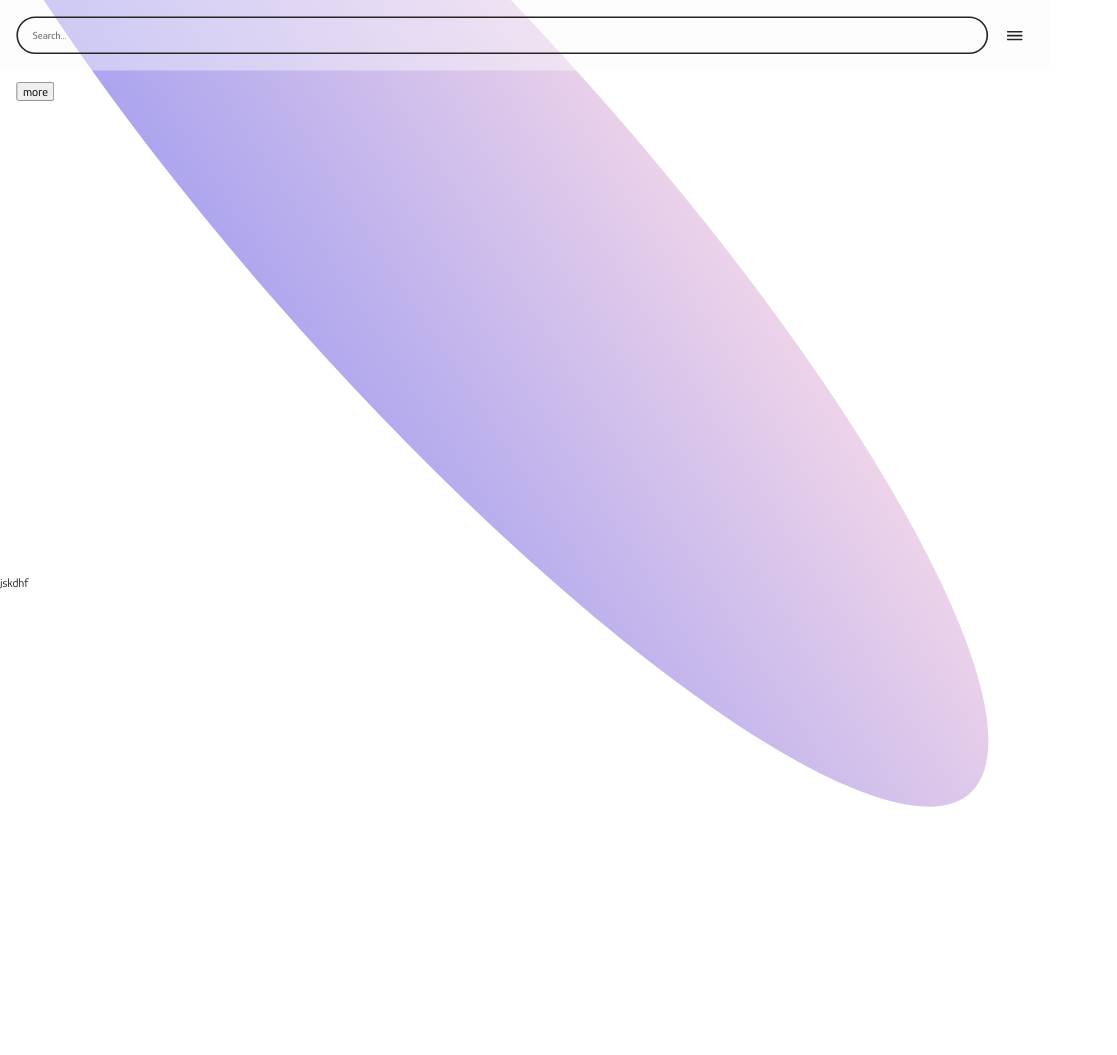
Repository: Axeliriya/my-test
Page: /
An editor plug-in stored every save of this project. The page is shown before and after the next save, followed by the edit.
The browser window is 1280 px wide. The page is 1362 px wide, then 1280 px, so the pictures cover 1362 px, including what lies to the right of the window. The pictures show the whole page, at 82% of full size.
The page's requests for data from a server got no answer. The project was rebuilt for these pictures with package versions that can differ from the ones it lists, and the page was loaded fresh each time. No one was signed in, and anything a server would have sent is missing. Also part of the build but not shown: src/components/ProductList/ProductList.tsx, src/components/ProductItem/ProductItem.tsx.

Above is the page before, as saved 2022-04-05 15:48:45.

### public/index.html
<!DOCTYPE html>
<html lang="en">
  <head>
    <meta charset="utf-8" />
    <link rel="icon" href="%PUBLIC_URL%/favicon.ico" />
    <meta name="viewport" content="width=device-width, initial-scale=1" />
    <meta name="theme-color" content="#9796F0" />
    <title>React App</title>
  </head>
  <body>
    <div id="root"></div>
  </body>
</html>

### src/index.tsx
import { createRoot } from 'react-dom/client';
import { App } from './components';
import './assets/styles/main.scss';

const root = createRoot(document.getElementById('root') as HTMLDivElement);
root.render(<App />);

### src/components/index.ts
export * from './App/App';
export * from './Layout/Layout';
export * from './Header/Header';
export * from './Button/Button';
export * from './Input/Input';
export * from './ProductList/ProductList';
export * from './ProductItem/ProductItem';
export * from './Main/Main';

### src/assets/styles/main.scss
@import './base/normalize';
@import './base/fonts';
@import './utils/variables';
@import './utils/mixins';
@import './utils/placeholder';
@import './base/body';

### src/components/App/App.tsx
import { useEffect, useState } from 'react';
import { Layout, ProductList } from '..';
import { ProductModel } from '../../interfaces/product.interface';
import { getProducts } from '../../services/api-service';
import styles from './App.module.scss';
// import { AppProps } from './App.props';

export const App = (): JSX.Element => {
  return (
    <div className={styles.app}>
      <Layout />
    </div>
  );
};

### src/components/Layout/Layout.tsx
import { Header, Input, Main } from '..';
import styles from './Layout.module.scss';
import { LayoutProps } from './Layout.props';

export const Layout = ({ children }: LayoutProps): JSX.Element => {
  return (
    <div className={styles.layout}>
      <Header>
        <Input placeholder="Search..." />
      </Header>
      <Main />
      <footer className={styles.main}>jskdhf</footer>
    </div>
  );
};

### src/components/Header/Header.tsx
/* eslint-disable no-constant-condition */
import styles from './Header.module.scss';
import { HeaderProps } from './Header.props';
import { ReactComponent as Burger } from './burger.svg';
import { ReactComponent as Search } from './search.svg';
import { Button } from '..';

export const Header = ({ children, ...props }: HeaderProps): JSX.Element => {
  return (
    <header className={styles.header} {...props}>
      <div className={styles.wrapper}>
        {false ? (
          <>
            <a className={styles.logo} href="/">
              Сlothes
            </a>
            <Button>
              <Search />
            </Button>
          </>
        ) : (
          <div className={styles.input}>{children}</div>
        )}
      </div>
      <Button>
        <Burger />
      </Button>
    </header>
  );
};

### src/components/Button/Button.tsx
import styles from './Button.module.scss';
import { ButtonProps } from './Button.props';
import cn from 'classnames';

export const Button = ({
  appearance,
  children,
  className,
  ...props
}: ButtonProps) => {
  return (
    <button
      className={cn(styles.button, className, {
        [styles.primary]: appearance === 'primary',
        [styles.green]: appearance === 'green',
        [styles.ghost]: appearance === 'ghost',
      })}
      {...props}
    >
      {children}
    </button>
  );
};

### src/components/Input/Input.tsx
import styles from './Input.module.scss';
import { InputProps } from './Input.props';
import cn from 'classnames';

export const Input = ({ className, ...props }: InputProps): JSX.Element => {
  return <input className={cn(styles.input, className)} {...props} />;
};

### src/components/Main/Main.tsx
import { useEffect, useState } from 'react';
import { ProductList } from '..';
import { ProductModel } from '../../interfaces/product.interface';
import { getProducts } from '../../services/api-service';
import styles from './Main.module.scss';

export const Main = (): JSX.Element => {
  const [products, setProducts] = useState<ProductModel[]>();
  const [fullList, setFullist] = useState<ProductModel[]>();
  const [page, setPage] = useState<number>(1);

  useEffect(() => {
    const fetch = async () => {
      const { data } = await getProducts();
      setFullist(data?.data?.products);

      const productList = getListByPage(page, data?.data?.products);

      setProducts(productList);
    };
    fetch();
  }, [page]);

  function getListByPage(pageNumber: number, fullList: ProductModel[]) {
    if (pageNumber < 1) return [];

    const itemsPerPage = 10;
    const start = (pageNumber - 1) * itemsPerPage;
    const end = start + itemsPerPage;
    return fullList.slice(start, end);
  }

  const onClickPage = (nextPage: number) => {
    setPage((nextPage += 1));
    fullList && getListByPage(page, fullList);
  };
  return (
    <main className={styles.main}>
      {products && <ProductList products={products} />}
      {/* <ul>
    {products?.map(product => (
      <li key={product.name}>{product.name}</li>
    ))}
  </ul> */}
      <button onClick={() => onClickPage(page)}>more</button>
      <div className={styles.bg} />
    </main>
  );
};

### src/assets/styles/base/_fonts.scss
@font-face {
  font-family: 'Glory';
  font-style: normal;
  font-weight: 400;
  src: url('../../fonts/glory-regular.woff2') format('woff2'),
    url('../../fonts/glory-regular.ttf') format('ttf');
}

@font-face {
  font-family: 'Glory';
  font-style: normal;
  font-weight: 500;
  src: url('../../fonts/glory-medium.woff2') format('woff2'),
    url('../../fonts/glory-medium.ttf') format('ttf');
}

@font-face {
  font-family: 'Glory';
  font-style: normal;
  font-weight: 600;
  src: url('../../fonts/glory-semibold.woff2') format('woff2'),
    url('../../fonts/glory-semibold.ttf') format('ttf');
}

@font-face {
  font-family: 'Glory';
  font-style: normal;
  font-weight: 700;
  src: url('../../fonts/glory-bold.woff2') format('woff2'),
    url('../../fonts/glory-bold.ttf') format('ttf');
}

### src/assets/styles/utils/_variables.scss
$primary-color: #ffffff;
$primary-text-color: #272525;
$alternate-bg-color: #eef1f6;
$secondery-text-color: #454747;
$secondery-color: #3c336c;
$accent-color: #309f85;
$light-color: #c4c4c4;
$main-gradient: linear-gradient(38.95deg, #9796f0 -10.38%, #ffe0e8 107.56%);

$cubic: 250ms cubic-bezier(0.4, 0, 0.2, 1);

$font: Glory, sans-serif;

### src/assets/styles/utils/_mixins.scss
@mixin font($weight, $size, $line-height: 1.3, $family: $font) {
  font-family: $family;
  font-weight: $weight;
  font-size: $size;
  line-height: $line-height;
}

### src/assets/styles/utils/_placeholder.scss
%link {
  text-decoration: none;
}

%list {
  list-style: none;
  margin: 0;
  padding: 0;
}

%input {
  @include font(500, 13px, 1.4);
  padding: 12px 18px;
  background: transparent;
  color: $primary-text-color;
  border: 2px solid $primary-text-color;
  border-radius: 50px;
}

%btn-icon {
  padding: 10px;
  background-color: transparent;
  border: 1px solid transparent;
  border-radius: 5px;
  cursor: pointer;
  transition: all $cubic;
}

%btn {
  @include font(500, 13px, 1.4);
  color: $primary-color;
  padding: 12px 18px;
  border-radius: 50px;
}

### src/assets/styles/base/_body.scss
img {
  display: block;
  width: 100%;
  height: auto;
}

body {
  margin: 0;
  background-color: $primary-color;
  color: $primary-text-color;
  @include font(400, 15px);
}

code {
  font-family: source-code-pro, Menlo, Monaco, Consolas, 'Courier New',
    monospace;
}

### src/components/App/App.module.scss
// .app {
//   min-height: 100vh;
//   display: grid;
//   grid-template-rows: 1fr;
// }

@media screen and (min-width: 520px) {
  .app {
    grid-template-columns: auto 1fr auto;
  }
}

@media screen and (min-width: 682px) {
  .app {
    grid-template-columns: auto 665px auto;
  }
}

### src/components/Layout/Layout.module.scss
.layout {
  display: grid;
  grid-template-columns: auto 1fr auto;
  grid-template-rows: 1fr auto;
  min-height: 100vh;
}

.footer {
  grid-column: 1 / -1;
}

@media screen and (min-width: 520px) {
  .app {
    grid-template-columns: auto 1fr auto;
  }
}

@media screen and (min-width: 682px) {
  .app {
    grid-template-columns: auto 665px auto;
  }
}

### src/components/Header/Header.module.scss
@import '../../assets/styles/main.scss';

.header {
  position: fixed;
  width: 100%;
  display: flex;
  justify-content: space-between;
  align-items: center;
  background: rgba(250, 251, 253, 0.44);
  padding: 20px;
}

.wrapper {
  width: 100%;
  display: flex;
  justify-content: space-between;
  align-items: center;
  margin-right: 10px;
}

.logo {
  @extend %link;
  font-weight: 700;
  font-size: 36px;
  line-height: 105.5%;
  color: $primary-text-color;
  &:hover {
    color: $secondery-text-color;
  }
}

.input {
  width: 100%;
}

// @media screen and (min-width: 520px) {
//   .app {
//     grid-template-columns: auto 1fr auto;
//   }
// }

// @media screen and (min-width: 682px) {
//   .app {
//     grid-template-columns: auto 665px auto;
//   }
// }

### src/components/Button/Button.module.scss
@import '../../assets/styles/main.scss';

.button {
  @extend %btn-icon;
}

.button svg {
  display: block;
  width: 100%;
  height: auto;
}

.primary,
.green,
.ghost {
  @extend %btn;
  background-color: $secondery-color;
  &:hover {
    padding: 14px 20px;
    box-shadow: 0px 20px 50px rgba(0, 0, 0, 0.1);
    border-radius: 55px;
  }
}

.green {
  background-color: $accent-color;
}

.ghost {
  background-color: $light-color;
}

### src/components/Input/Input.module.scss
@import '../../assets/styles/main.scss';

.input {
  width: 100%;
  @extend %input;
  &:focus {
    border: 1px solid $primary-text-color;
  }
}

### src/components/ProductList/ProductList.module.scss
@import '../../assets/styles/main.scss';

.users {
  display: grid;
  gap: 12px;

  @extend %list;
}

### src/services/api-service.ts
import axios from 'axios';

axios.defaults.baseURL = `https://artisant.io/api`;

export const getProducts = async () => {
  return await axios.get(`/products`);
};

### src/components/Main/Main.module.scss
@import '../../assets/styles/main.scss';

.main {
  padding: 100px 20px 20px 20px;
  grid-column: 1 / -1;
}

.bg {
  position: absolute;
  top: 0;
  left: -100px;
  z-index: -1;
  width: 100%;
  height: 500px;
  background: $main-gradient;
  transform: skew(20deg, 40deg) scale(1, 2);
  border-radius: 50%;
  overflow: hidden;
}

@media screen and (min-width: 520px) {
  // .main {
  //   grid-template-columns: auto 1fr;
  //   grid-template-rows: 1fr;
  //   grid-column: 2 / 3;
  // }
}

Loaded but not shown: src/assets/styles/base/_normalize.scss (common file)

After the next save:
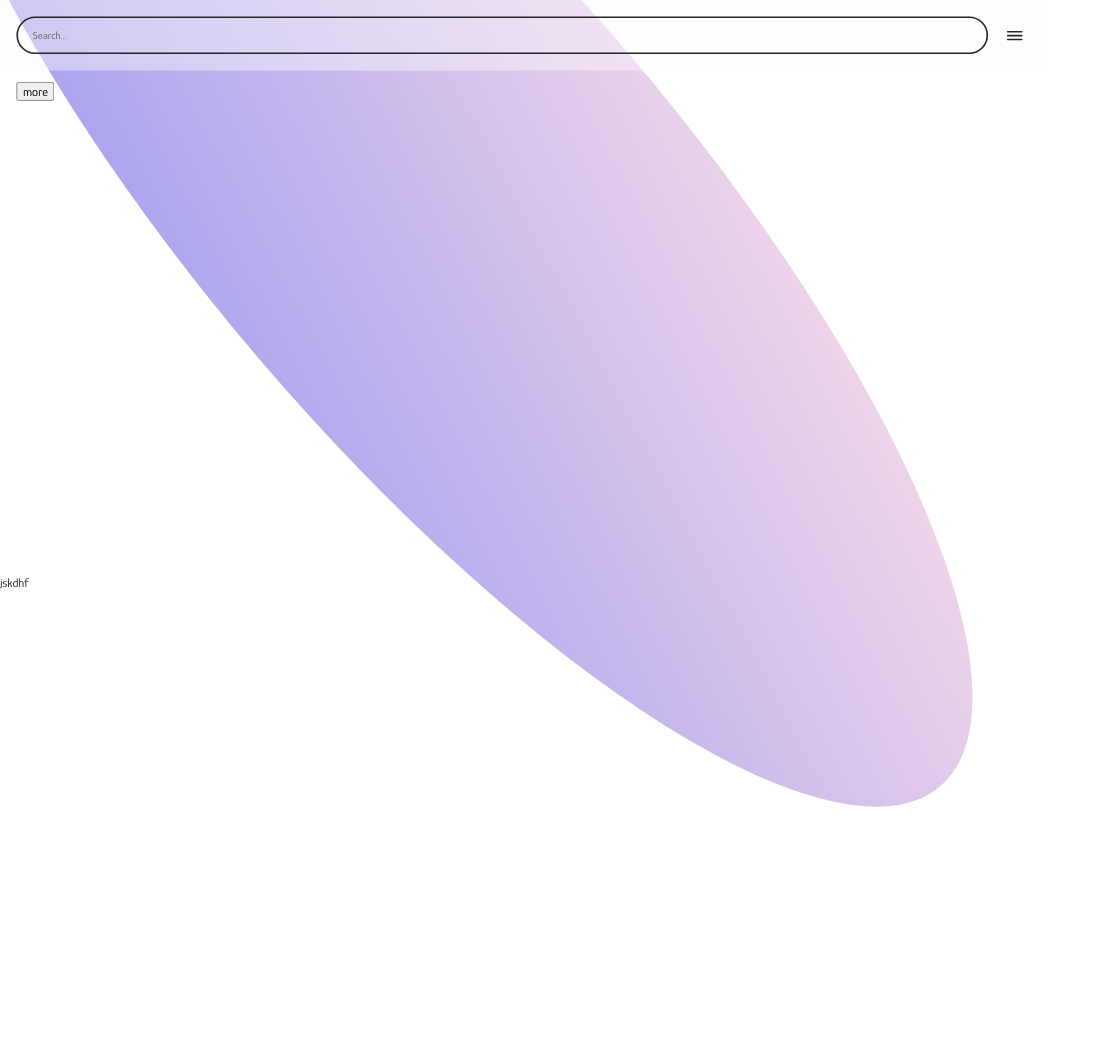
Saved 5 s later.
--- a/src/components/Main/Main.module.scss
+++ b/src/components/Main/Main.module.scss
@@ -13,7 +13,7 @@
   width: 100%;
   height: 500px;
   background: $main-gradient;
-  transform: skew(20deg, 40deg) scale(1, 2);
+  transform: skew(10deg, 40deg) scale(1, 2);
   border-radius: 50%;
   overflow: hidden;
 }
